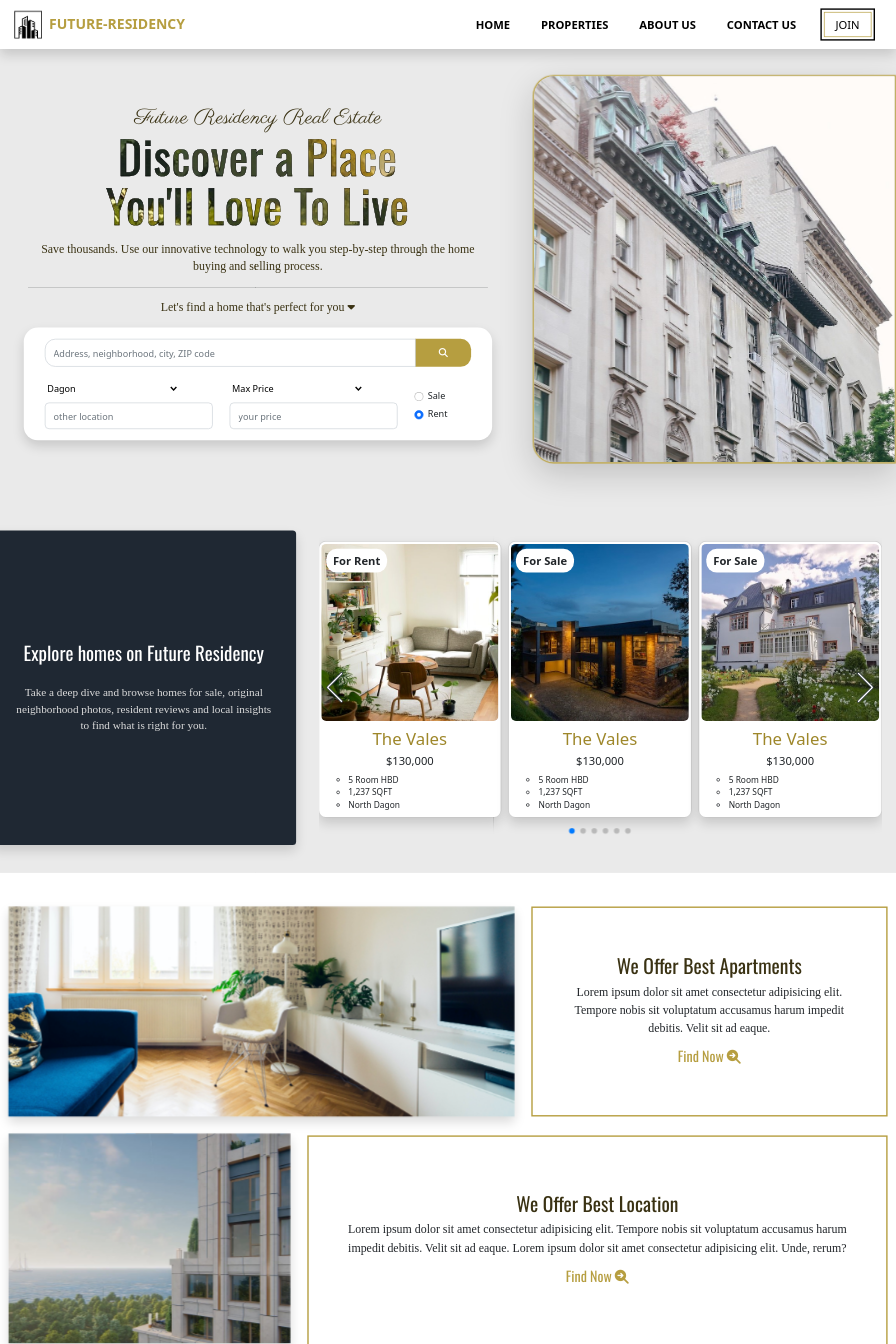
Repository: pyaestk/Future-residency
Page: index.html
An editor plug-in stored every save of this project. The page is shown before and after the next save, followed by the edit.
The browser window is 1280 px wide. The pictures show the part of the page from y = 0 to 1920 px (the page is 2739 px tall), at 70% of full size.
Pictures or frames that could not be fetched are drawn as grey boxes. Some web fonts or font styles are not loaded; a fallback is used.

Above is the page before, as saved 2022-12-13 21:07:25.

After the next save:
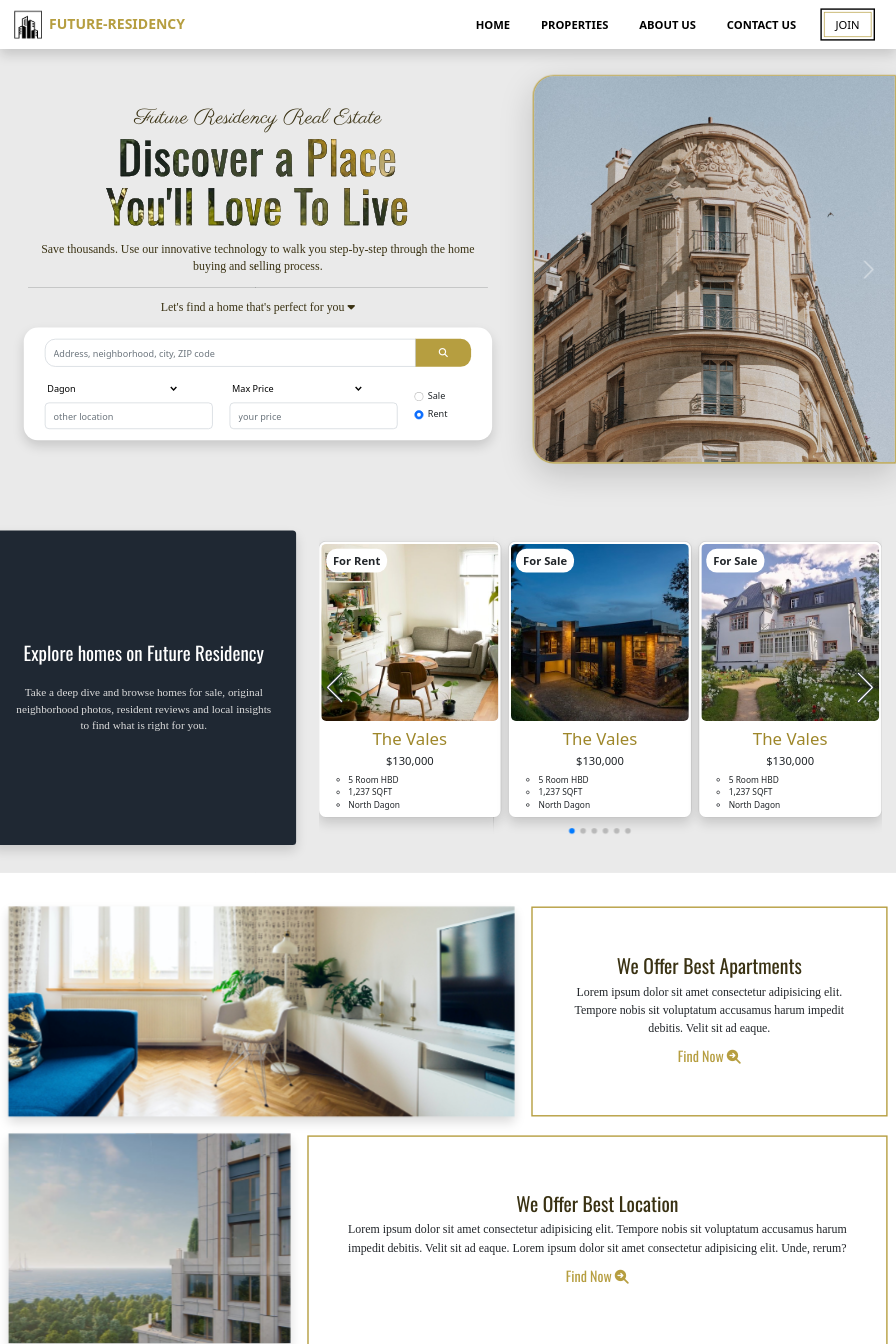
Saved 91 s later.
--- a/index.html
+++ b/index.html
@@ -131,13 +131,13 @@
       <div class="col-md-5 text-center customCarousel my-2">
         <div id="carouselExampleCaptions" class="carousel slide w-100" data-bs-ride="true">
           <div class="carousel-inner carouselborder shadow-lg">
-            <div class="carousel-item active">
+            <div class="carousel-item">
               <img src="img/pexels-alesia-talkachova-2768311.jpg" alt="">
             </div>
             <div class="carousel-item">
               <video src="img/carouselvideo1.mp4" poster="img/video-poster.jpg" autoplay loop muted></video>
             </div>
-            <div class="carousel-item">
+            <div class="carousel-item active">
               <img src="img/pexels-mathias-reding-5331975.jpg" alt="">
             </div>
           </div>
